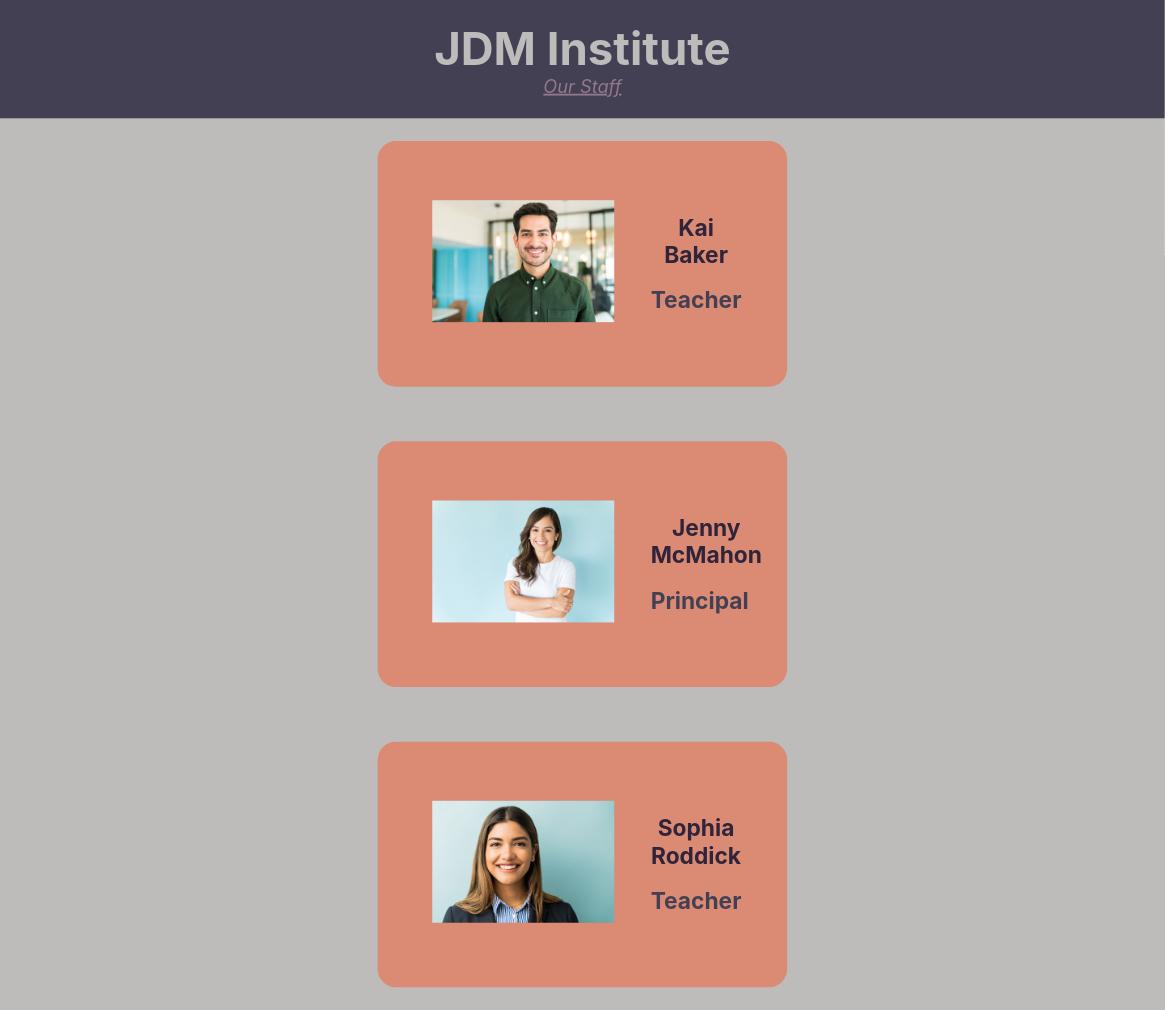
Repository: jennydmcm/class03practice
Page: /about
These files come from the project's save history. The page is drawn as it stood at one moment and after the next save; the edit follows.
The browser window is 1280 px wide. The pictures show the whole page, at 91% of full size.
The project was rebuilt for these pictures with package versions that can differ from the ones it lists, and the page was loaded fresh each time. The framework's server and built-in components were replaced by stand-ins that run in the browser. Also part of the build but not shown: next.config.js.

Above is the page before, as saved 2023-01-25 08:53:20.

### pages/about.js
import Head from 'next/head'
import Image from 'next/image'
import { Inter } from '@next/font/google'
import data from '../data/employee.json'
import Link from 'next/link'
import { useState } from 'react'
import Card from '@/components/Card/about'
import styles from '@/styles/About.module.css'

export default function About() {
    const [information, setInformation] = useState([...data])

    return (
        <>
            <Head>
                <title>About Us</title>
                <meta name="description" content="Generated by create next app"/>
                <meta name="viewport" content="width=device-width, initial-scale=1"/>
                <link rel="icon" href="/favicon.ico"/>
            </Head>
            <main className={styles.main}>
        <div className={styles.navbar}>
          <div className={styles.navtitle}>JDM Institute</div>
          <div className={styles.navbutton}>
            <Link className={styles.link} href="about">Our Staff</Link>
          </div>
        </div>

      <div className={styles.cards}>
        {
         information && information.map((info, index) => {
              return (
                <Card
                class="employee-card"
                key={index}
                name={info.name}
                position={info.position}
                colourCard="#DB8A74"
                font="25px"
                fontColour="#444054"
                />
              )

          })
        }


        </div>
      </main>
    </>
  )
      }

### data/employee.json
[
    {
        "employeeNumber": "78896",
        "name": "Kai Baker",
        "department": "Science",
        "position": "Teacher"

    },
    {
        "employeeNumber": "78897",
        "name": "Jenny McMahon",
        "department": "Science",
        "position": "Principal"
    },
    {
        "employeeNumber": "78898",
        "name": "Sophia Roddick",
        "department": "Science",
        "position": "Teacher"
    }
]

### components/Card/about.js
export default function Card ({
    name="none",
    position="none",
    colourCard="none",
    colourInfo="none",
    font="0",
    fontColour="white",
    image="icon/personTwo.png"
}) {
    return (
        <div style={{
            backgroundColor: colourCard,
            fontSize: font,
            color: fontColour,
            display: "flex",
            alignItems:"center",
            borderRadius: "20px",
            width: "450px",
            padding: "50px",
            margin: "20px",
            fontWeight: "700"
        }}>
            <div style={{
                marginRight: "10px",
                marginLeft: "10px"
            }}>
                {
                    name === "Kai Baker" ? <img src={"icon/kai.jpg"} width={"200px"} />:
                    name === "Jenny McMahon" ? <img src={'icon/jenny.jpg'} width={"200px"} />:
                    name === "Sophia Roddick" ? <img src={'icon/sophia.jpg'} width={"200px"}/>:
                    <img src={image}/>
                }
            </div>
            <div style={{

                borderRadius: "20px",
                padding: "20px",
                display: "flex",
                flexDirection:"column",
                alignItems: "center",
                justifyContent: "center",

            }}>
                <div style={{
                    padding: "10px",
                    width: "100%",
                    color: "#2F243A",
                    textAlign: "center",
                    borderRadius: "10px"
                }}>
                    {name}
                </div>
                <div style={{
                    padding: "10px",
                    textAlign: "left",
                    width: "100%"
                }}>
                    {position}
                </div>

                </div>
            </div>
    )
            }

### styles/About.module.css
.main {
    display: flex;
    flex-direction: column;
    justify-content: space-between;
    align-items: center;
    background-color: #BEBBBB;
  }



  .navbar{
    display: flex;
    flex-direction: column;
    width: 100%;
    height: 130px;
    background-color: #444054;
    justify-content: center;
    align-items: center;

  }

  .navtitle{
    font-size: 50px;
    font-weight: bold;
    font-family: 'Inter';
    color: #BEBBBB;
  }
  .link{
    font-size: 20px;
    font-family: 'Inter';
    color: #94778B;
    font-style: italic;
    text-decoration: underline;
  }
  .cards{
    display: flex;
    flex-direction: column;
    align-items: center;
    margin: 5px;
    gap: 20px;
    min-height: 100vh;
    background-color: #BEBBBB;
    justify-content: space-between;
    font-family: 'Inter';
    border-radius: 10px;
    color: #BEBBBB;
  }


  .description {
    display: inherit;
    justify-content: inherit;
    align-items: inherit;
    font-size: 1rem;
    max-width: var(--max-width);
    width: 100%;
    z-index: 2;
    font-family: var(--font-mono);
  }

  .description a {
    display: flex;
    justify-content: center;
    align-items: center;
    gap: 1rem;
  }

  .description p {
    position: relative;
    margin: 0;
    padding: 1rem;
    background-color: rgba(var(--callout-rgb), 0.5);
    border: 1px solid rgba(var(--callout-border-rgb), 0.3);
    border-radius: var(--border-radius);
  }

  .code {
    font-weight: 700;
    font-family: var(--font-mono);
  }

  .grid {
    display: grid;
    grid-template-columns: repeat(4, minmax(25%, auto));
    width: var(--max-width);
    max-width: 100%;
  }

  .card {
    padding: 1rem 1.2rem;
    border-radius: var(--border-radius);
    background: rgba(var(--card-rgb), 0);
    border: 1px solid rgba(var(--card-border-rgb), 0);
    transition: background 200ms, border 200ms;
  }

  .card span {
    display: inline-block;
    transition: transform 200ms;
  }

  .card h2 {
    font-weight: 600;
    margin-bottom: 0.7rem;
  }

  .card p {
    margin: 0;
    opacity: 0.6;
    font-size: 0.9rem;
    line-height: 1.5;
    max-width: 30ch;
  }

  .center {
    display: flex;
    justify-content: center;
    align-items: center;
    position: relative;
    padding: 4rem 0;
  }

  .center::before {
    background: var(--secondary-glow);
    border-radius: 50%;
    width: 480px;
    height: 360px;
    margin-left: -400px;
  }

  .center::after {
    background: var(--primary-glow);
    width: 240px;
    height: 180px;
    z-index: -1;
  }

  .center::before,
  .center::after {
    content: '';
    left: 50%;
    position: absolute;
    filter: blur(45px);
    transform: translateZ(0);
  }

  .logo,
  .thirteen {
    position: relative;
  }

  .thirteen {
    display: flex;
    justify-content: center;
    align-items: center;
    width: 75px;
    height: 75px;
    padding: 25px 10px;
    margin-left: 16px;
    transform: translateZ(0);
    border-radius: var(--border-radius);
    overflow: hidden;
    box-shadow: 0px 2px 8px -1px #0000001a;
  }

  .thirteen::before,
  .thirteen::after {
    content: '';
    position: absolute;
    z-index: -1;
  }

  /* Conic Gradient Animation */
  .thirteen::before {
    animation: 6s rotate linear infinite;
    width: 200%;
    height: 200%;
    background: var(--tile-border);
  }

  /* Inner Square */
  .thirteen::after {
    inset: 0;
    padding: 1px;
    border-radius: var(--border-radius);
    background: linear-gradient(
      to bottom right,
      rgba(var(--tile-start-rgb), 1),
      rgba(var(--tile-end-rgb), 1)
    );
    background-clip: content-box;
  }

  /* Enable hover only on non-touch devices */
  @media (hover: hover) and (pointer: fine) {
    .card:hover {
      background: rgba(var(--card-rgb), 0.1);
      border: 1px solid rgba(var(--card-border-rgb), 0.15);
    }

    .card:hover span {
      transform: translateX(4px);
    }
  }

  @media (prefers-reduced-motion) {
    .thirteen::before {
      animation: none;
    }

    .card:hover span {
      transform: none;
    }
  }

  /* Mobile */
  @media (max-width: 700px) {
    .content {
      padding: 4rem;
    }

    .grid {
      grid-template-columns: 1fr;
      margin-bottom: 120px;
      max-width: 320px;
      text-align: center;
    }

    .card {
      padding: 1rem 2.5rem;
    }

    .card h2 {
      margin-bottom: 0.5rem;
    }

    .center {
      padding: 8rem 0 6rem;
    }

    .center::before {
      transform: none;
      height: 300px;
    }

    .description {
      font-size: 0.8rem;
    }

    .description a {
      padding: 1rem;
    }

    .description p,
    .description div {
      display: flex;
      justify-content: center;
      position: fixed;
      width: 100%;
    }

    .description p {
      align-items: center;
      inset: 0 0 auto;
      padding: 2rem 1rem 1.4rem;
      border-radius: 0;
      border: none;
      border-bottom: 1px solid rgba(var(--callout-border-rgb), 0.25);
      background: linear-gradient(
        to bottom,
        rgba(var(--background-start-rgb), 1),
        rgba(var(--callout-rgb), 0.5)
      );
      background-clip: padding-box;
      backdrop-filter: blur(24px);
    }

    .description div {
      align-items: flex-end;
      pointer-events: none;
      inset: auto 0 0;
      padding: 2rem;
      height: 200px;
      background: linear-gradient(
        to bottom,
        transparent 0%,
        rgb(var(--background-end-rgb)) 40%
      );
      z-index: 1;
    }
  }

  /* Tablet and Smaller Desktop */
  @media (min-width: 701px) and (max-width: 1120px) {
    .grid {
      grid-template-columns: repeat(2, 50%);
    }
  }

  @media (prefers-color-scheme: dark) {
    .vercelLogo {
      filter: invert(1);
    }

    .logo,
    .thirteen img {
      filter: invert(1) drop-shadow(0 0 0.3rem #ffffff70);
    }
  }

  @keyframes rotate {
    from {
      transform: rotate(360deg);
    }
    to {
      transform: rotate(0deg);
    }
  }

Loaded but not shown: pages/_app.js (common file); pages/_document.js (common file); styles/globals.css (common file)

After the next save:
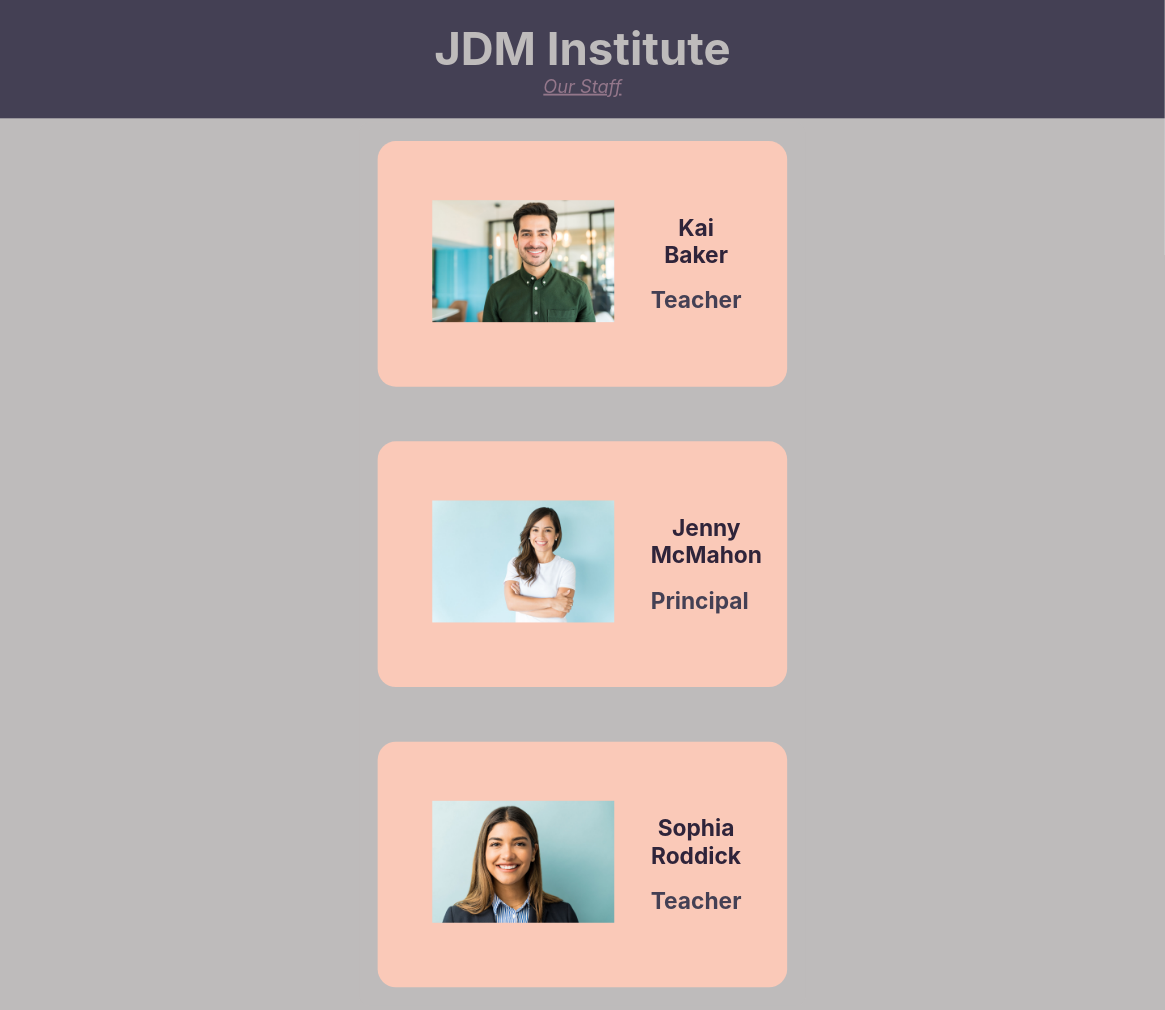
Saved 12 s later.
--- a/pages/about.js
+++ b/pages/about.js
@@ -35,7 +35,7 @@ export default function About() {
                 key={index}
                 name={info.name}
                 position={info.position}
-                colourCard="#DB8A74"
+                colourCard="#FAC9B8"
                 font="25px"
                 fontColour="#444054"
                 />
